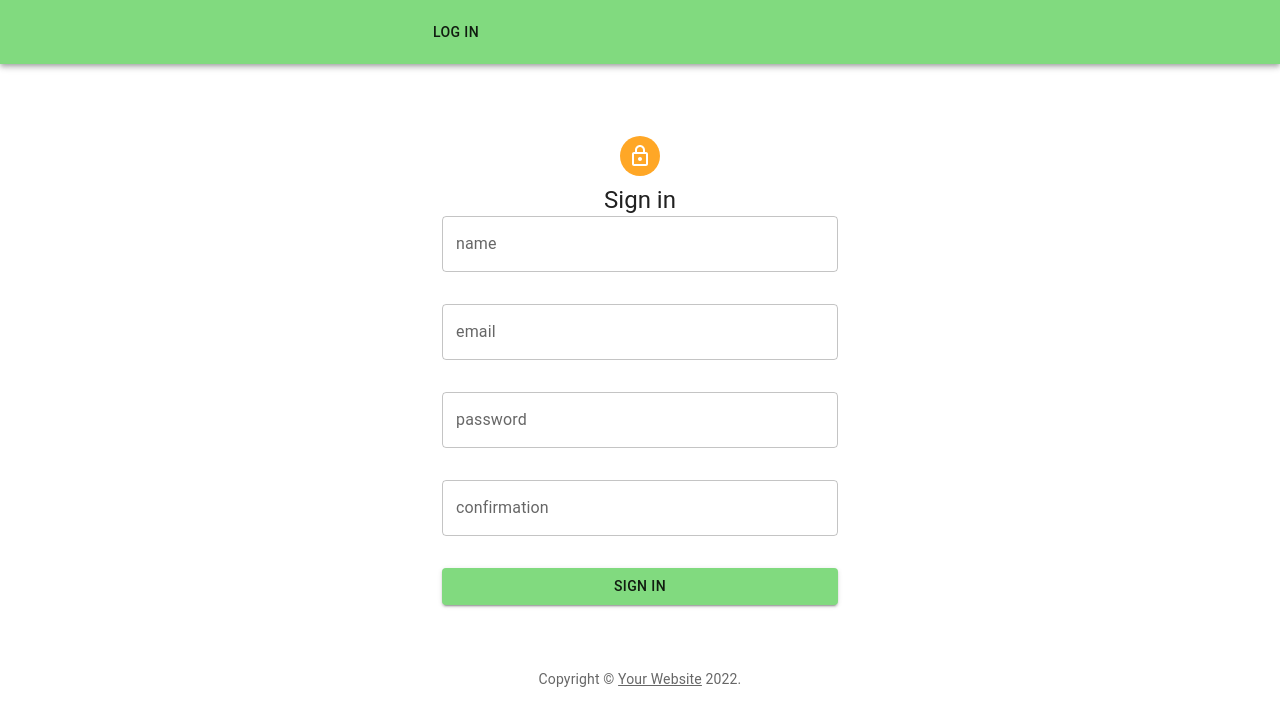
Repository: motohiro0410/motsufood
Page: /signin (app in frontend/)
These files come from the project's save history. The page is drawn as it stood at one moment and after the next save; the edit follows.
The browser window is 1280 px wide. The pictures show the whole page.
The project was rebuilt for these pictures with package versions that can differ from the ones it lists, and the page was loaded fresh each time. Also part of the build but not shown: frontend/src/components/pages/Login.tsx, frontend/src/components/organisms/Footer.tsx, frontend/src/components/organisms/MainHeader.tsx, frontend/src/components/organisms/UserDetailModal.tsx, frontend/src/apis/useCreateCount.ts, frontend/src/components/pages/Count.tsx, frontend/src/components/pages/Money.tsx, frontend/src/components/organisms/GroupHeader.tsx and 8 more.

Above is the page before, as saved 2022-08-21 23:55:25.

After the next save:
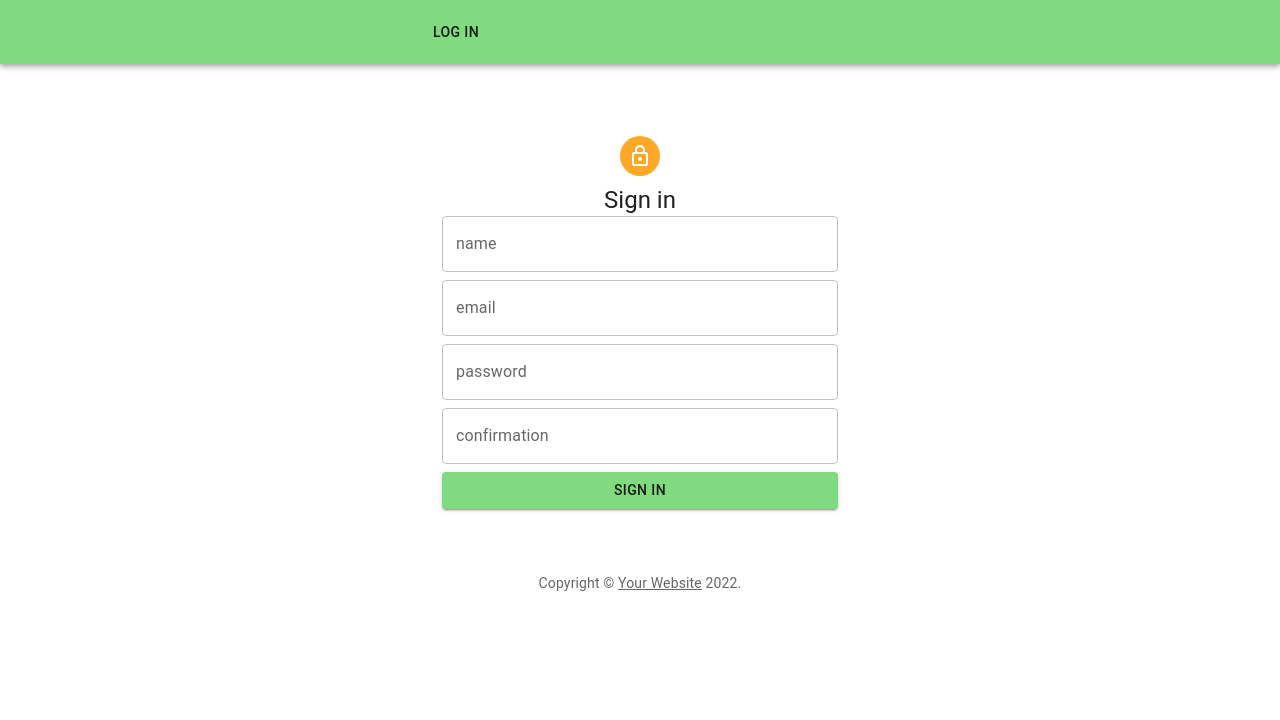
Saved 2 min 0 s later.
--- a/frontend/src/components/pages/SignIn.tsx
+++ b/frontend/src/components/pages/SignIn.tsx
@@ -57,7 +57,7 @@
             <Typography component="h1" variant="h5">
               Sign in
             </Typography>
-            <Stack component="form" width="100%" onSubmit={handleSubmit} noValidate spacing={4} >
+            <Stack component="form" width="100%" onSubmit={handleSubmit} noValidate spacing={1} >
               <FormControl fullWidth sx={{ m: 5 }}>
                 <InputLabel htmlFor="outlined-adornment-amount">name</InputLabel>
                 <OutlinedInput

After the save that followed:
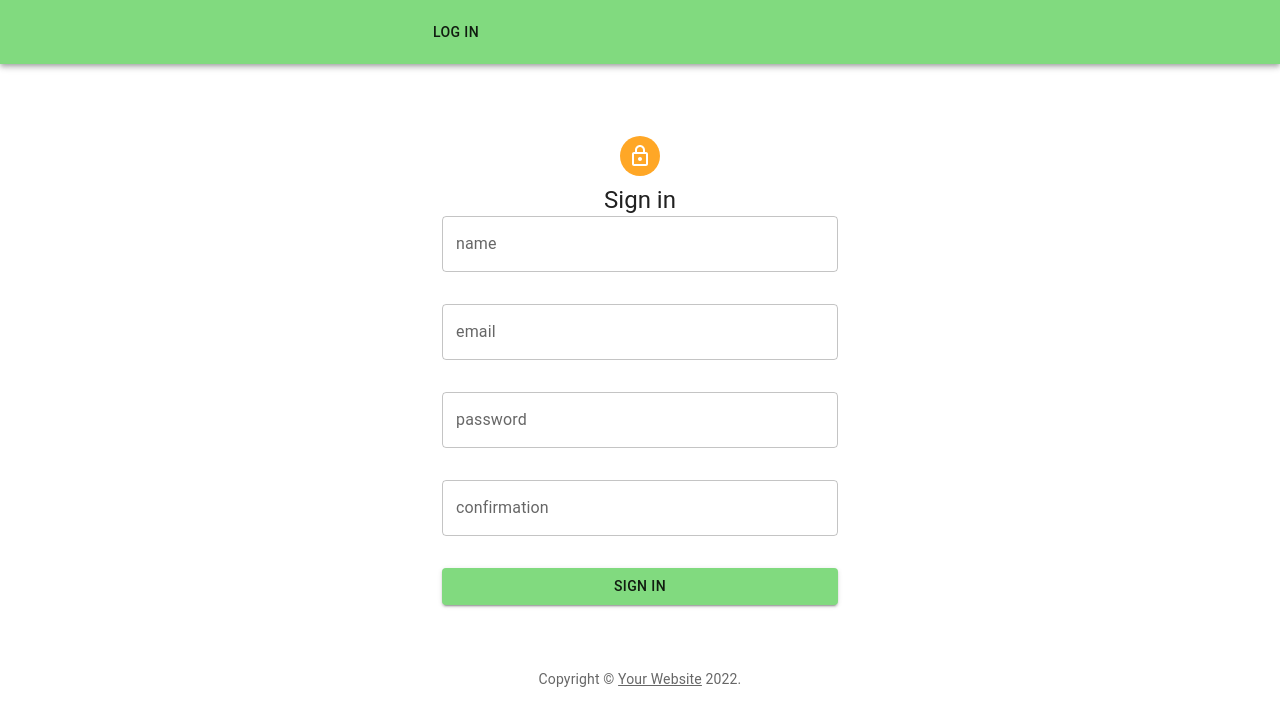
Saved 13 s later.
--- a/frontend/src/components/pages/SignIn.tsx
+++ b/frontend/src/components/pages/SignIn.tsx
@@ -57,7 +57,7 @@
             <Typography component="h1" variant="h5">
               Sign in
             </Typography>
-            <Stack component="form" width="100%" onSubmit={handleSubmit} noValidate spacing={1} >
+            <Stack component="form" width="100%" onSubmit={handleSubmit} noValidate spacing={4} >
               <FormControl fullWidth sx={{ m: 5 }}>
                 <InputLabel htmlFor="outlined-adornment-amount">name</InputLabel>
                 <OutlinedInput
